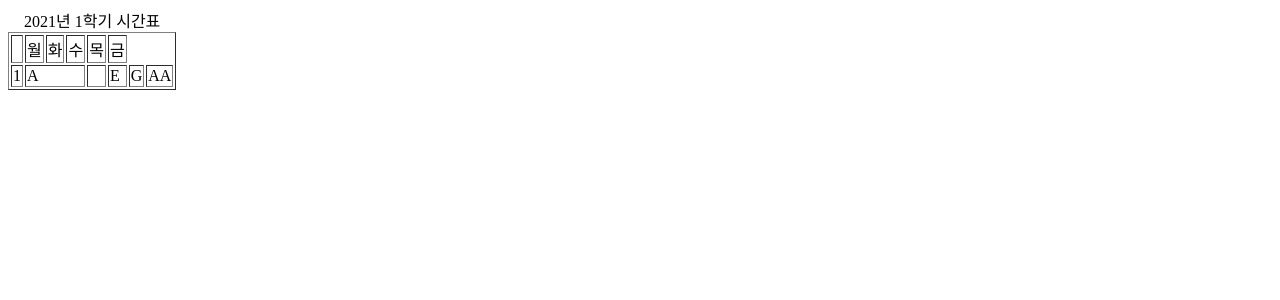
Repository: o-ddong/JSP
Page: ch1_html/WebContent/hello.html
The author's editor kept a copy of each file at every save. The page is drawn from the files as they stood at one save, then again after the next save.
The browser window is 1280 px wide. The pictures show the whole page.

Above is the page before, as saved 2021-03-03 05:49:25.

After the next save:
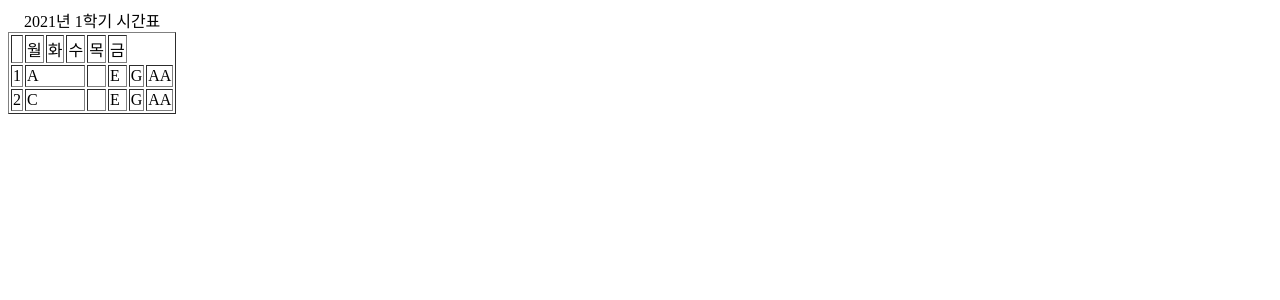
Saved 88 s later.
--- a/ch1_html/WebContent/hello.html
+++ b/ch1_html/WebContent/hello.html
@@ -30,6 +30,14 @@
 		<td cplspan=3>G</td>
 		<td colspan=2>AA</td>
 	</tr>
+	<tr>
+		<td>2</td>
+		<td colspan=3>C</td>
+		<td></td>
+		<td colspan=2>E</td>
+		<td cplspan=3>G</td>
+		<td colspan=2>AA</td>
+	</tr>
 
 
 </table>
